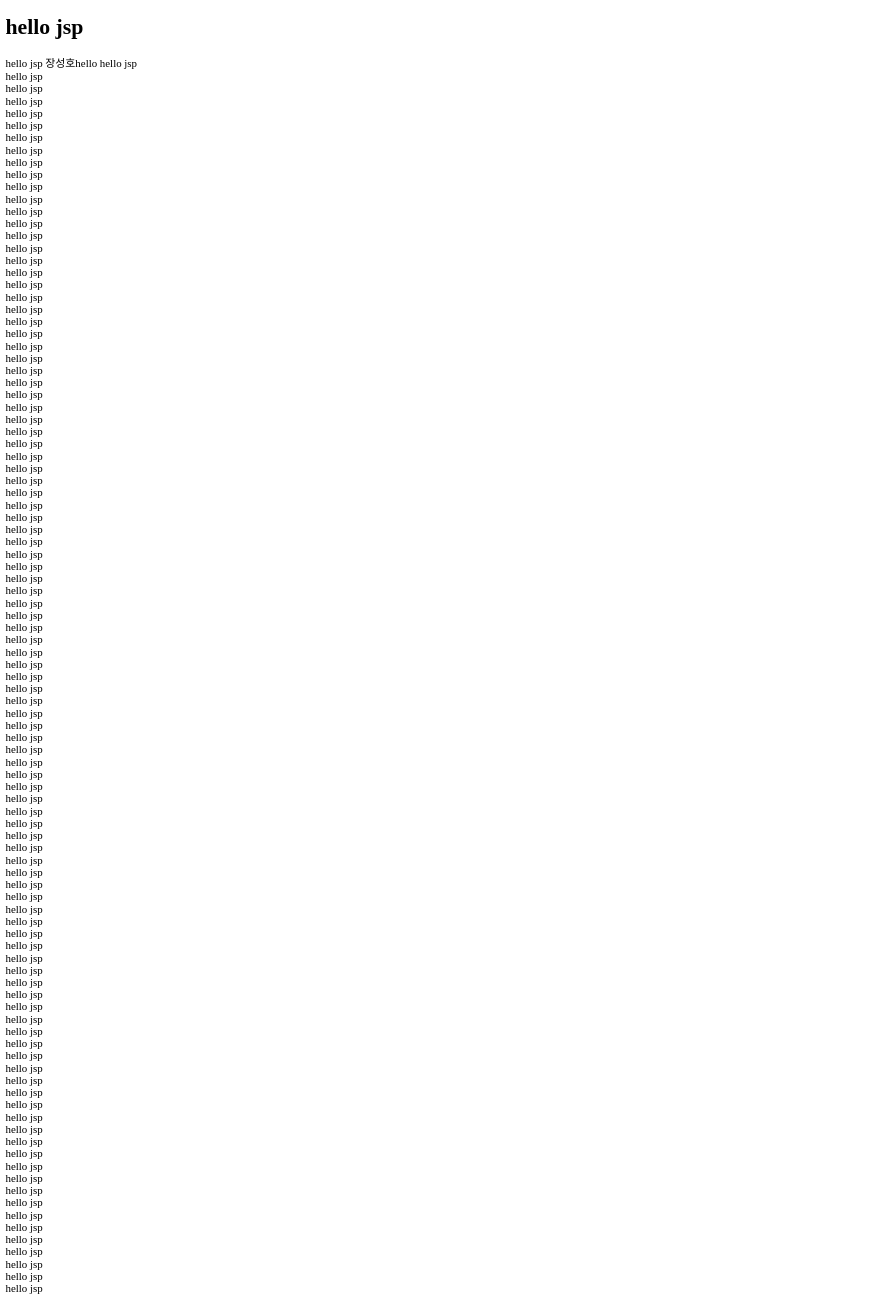
Repository: nimxxs/jsp
Page: http://localhost/jsp01/hello.jsp
An editor plug-in stored every save of this project. The page is shown before and after the next save, followed by the edit.
The browser window is 1280 px wide. The pictures show the whole page, at 68% of full size.
The page is served by Tomcat 9.

Above is the page before, as saved 2023-06-02 01:15:43.

### jsp01/src/main/webapp/hello.jsp
<%@ page language="java" contentType="text/html; charset=UTF-8"
    pageEncoding="UTF-8"%>
<%!
	String name = "장성호";
	String msg = "hello";
%>
<!DOCTYPE html>
<html>
<head>
<meta charset="UTF-8">
<title>Insert title here</title>
</head>
<body>
	<h1>hello jsp</h1>
	<%
		out.println("hello jsp");
		out.println(name+msg);
		for(int i=0; i<=100; i++){
			out.println("hello jsp <br>");
		}
	%>
</body>
</html>

After the next save:
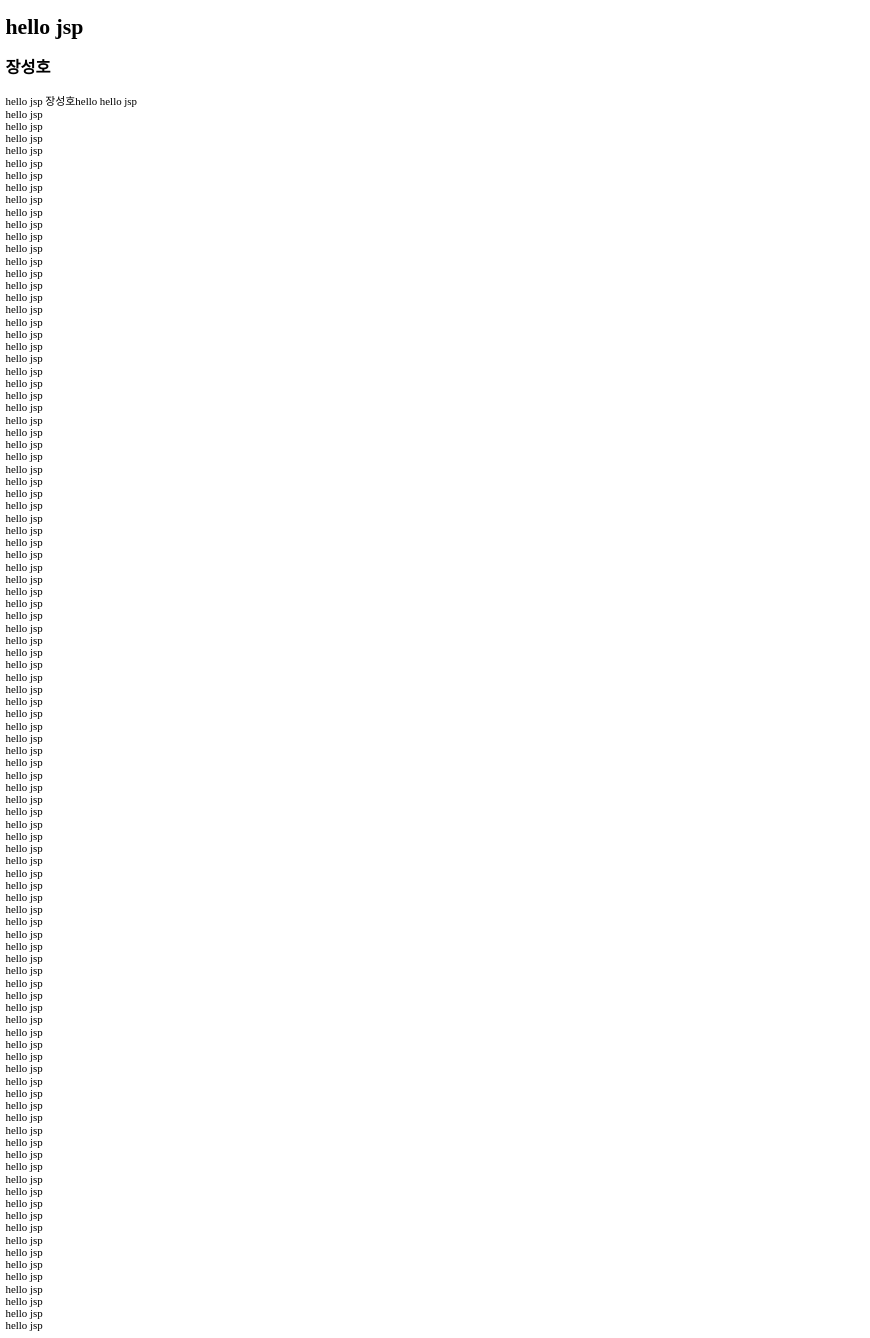
Saved 97 s later.
--- a/jsp01/src/main/webapp/hello.jsp
+++ b/jsp01/src/main/webapp/hello.jsp
@@ -12,6 +12,7 @@
 </head>
 <body>
 	<h1>hello jsp</h1>
+	<h2><% out.println(name); %></h2>
 	<%
 		out.println("hello jsp");
 		out.println(name+msg);
